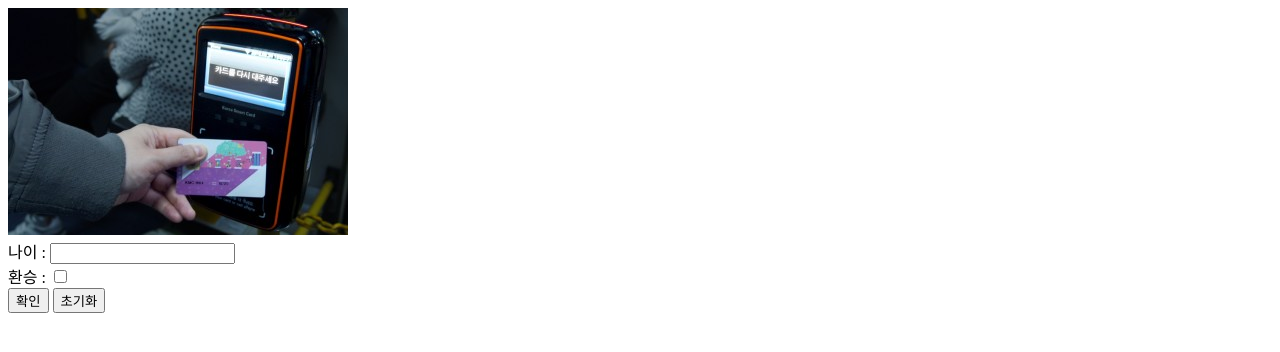
Repository: jjjjjjji-hun/jsp_practice
Page: http://localhost/JSPBasic/jspObject/4.objecttest/bus_form.jsp
These files come from the project's save history. The page is drawn as it stood at one moment and after the next save; the edit follows.
The browser window is 1280 px wide. The pictures show the whole page.
The page is served by Tomcat 9.

Above is the page before, as saved 2022-02-07 06:05:16.

After the next save:
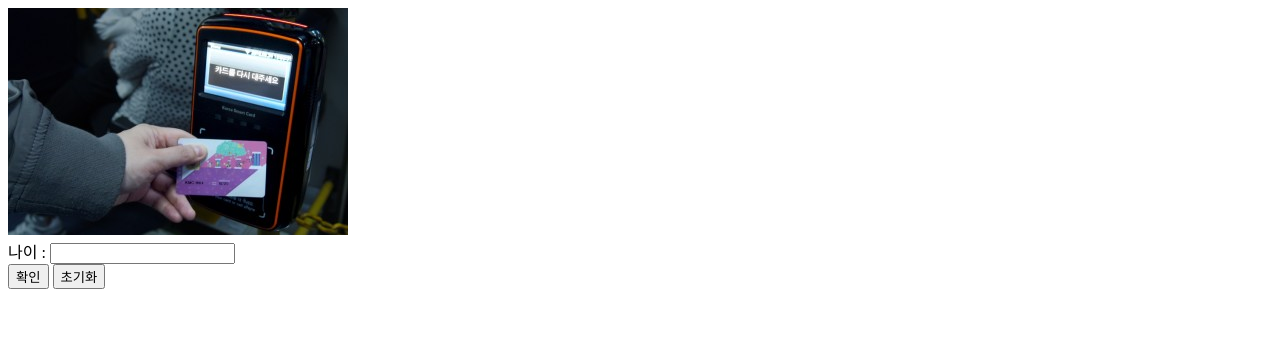
Saved 3 min 3 s later.
--- a/JSPBasic/src/main/webapp/jspObject/4.objecttest/bus_form.jsp
+++ b/JSPBasic/src/main/webapp/jspObject/4.objecttest/bus_form.jsp
@@ -7,10 +7,10 @@
 <title>Insert title here</title>
 </head>
 <body>
-	<img src="buscard.jpg"/>
+	<img src="./repository/buscard.jpg"/>
 	<form action="bus_check.jsp" method="get">
 	나이 : <input type="number" name="age" /><br/>
-	환승 : <input type="checkbox" name="transfer"/><br/>
+	<%-- 환승 : <input type="checkbox" name="transfer"/><br/> --%>
 	<input type="submit" value="확인"/>
 	<input type="reset" value="초기화"/>
 	</form>
